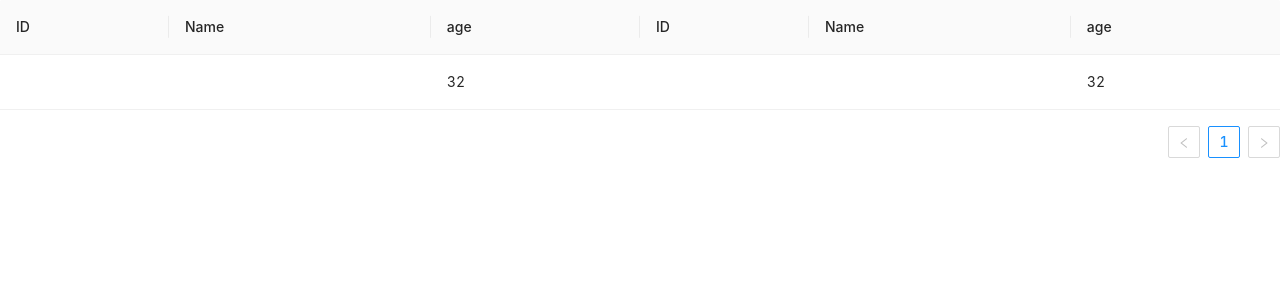
Repository: haminhdat1407/react-api-student
Page: /
An editor plug-in stored every save of this project. The page is shown before and after the next save, followed by the edit.
The browser window is 1280 px wide. The pictures show the whole page.
The page's requests for data from a server got no answer. The project was rebuilt for these pictures with package versions that can differ from the ones it lists, and the page was loaded fresh each time. No one was signed in, and anything a server would have sent is missing. Also part of the build but not shown: src/components/StudentList/style.css, src/styles.css.

Above is the page before, as saved 2022-03-12 19:18:26.

After the next save:
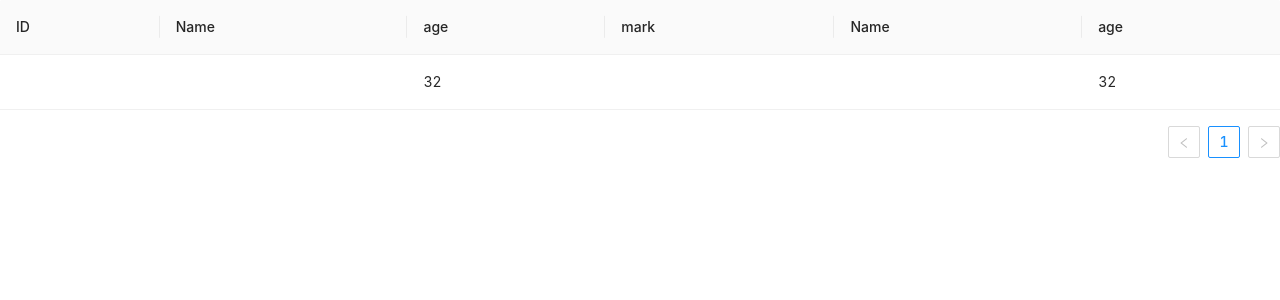
Saved 12 s later.
--- a/src/components/StudentList/index.jsx
+++ b/src/components/StudentList/index.jsx
@@ -33,7 +33,7 @@ function StudentList({ data, onRemove }) {
       <Column title='ID' dataIndex='id' key='id' />
       <Column title='Name' dataIndex='name' key='name' />
       <Column title='age' dataIndex='age' key='age' />
-      <Column title='ID' dataIndex='id' key='id' />
+      <Column title='mark' dataIndex='mark' key='mark' />
       <Column title='Name' dataIndex='name' key='name' />
       <Column title='age' dataIndex='age' key='age' />
     </Table>
